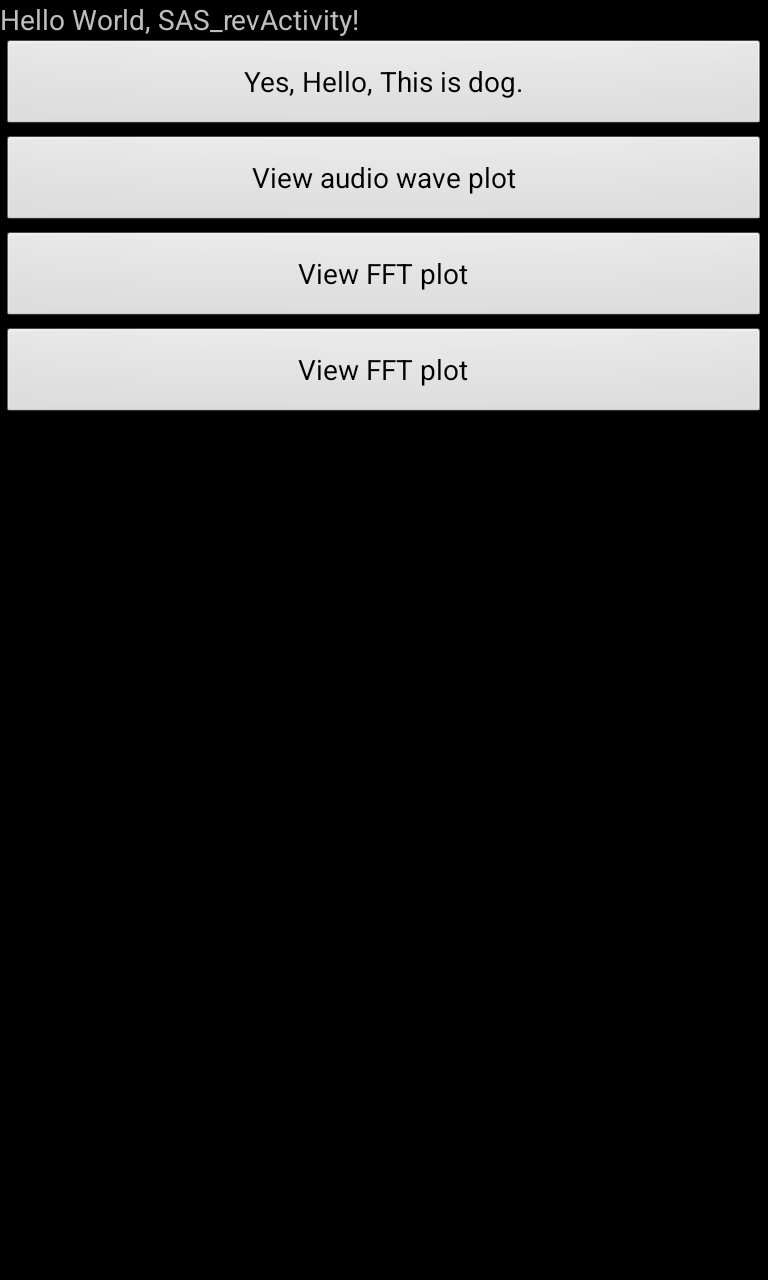
Repository: RaabsIn513/eclipse_workspace
Layout: SAS_rev/res/layout/main.xml
The author's editor kept a copy of each file at every save. The layout is drawn from the files as they stood at one save, then again after the next save.
It is drawn on a 768 x 1280 px phone screen (xhdpi) without system bars, with theme android:Theme; the app's code is not run.

Above is the layout before, as saved 2012-02-08 17:51:04.

After the next save:
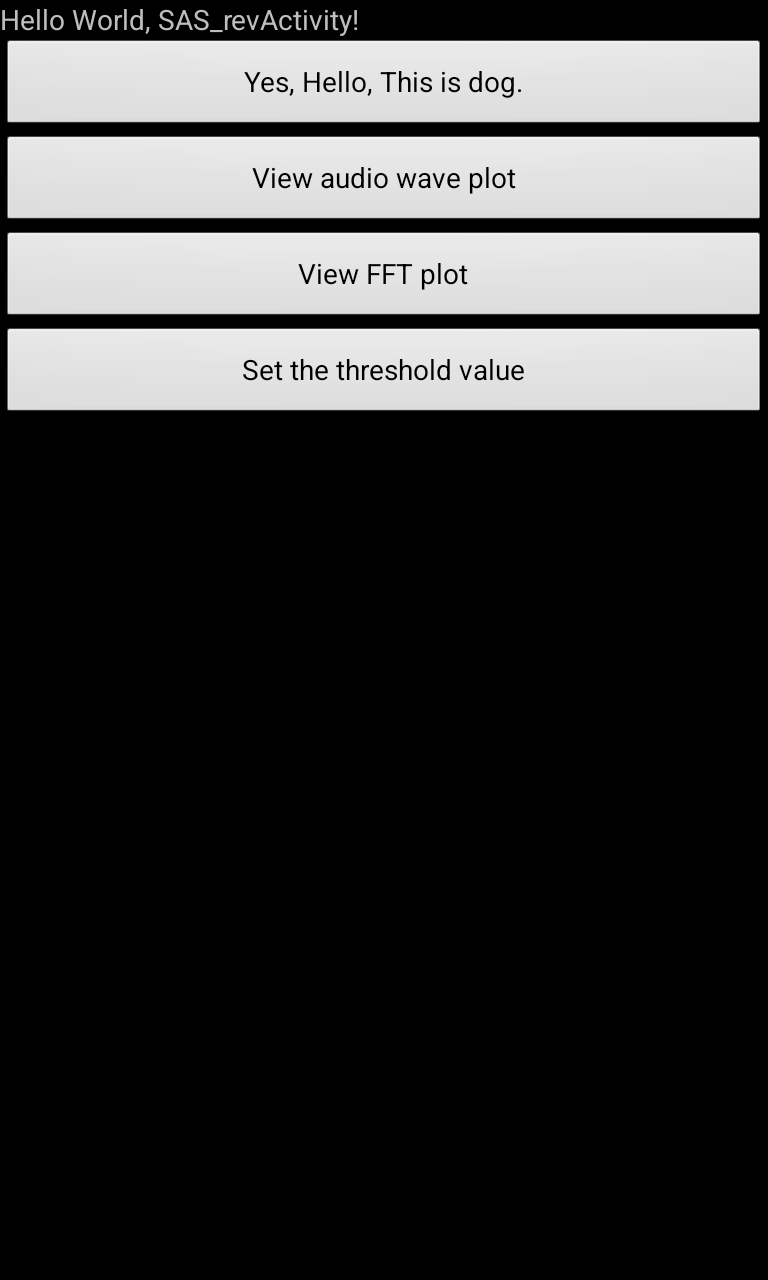
Saved 12 s later.
--- a/SAS_rev/res/layout/main.xml
+++ b/SAS_rev/res/layout/main.xml
@@ -31,7 +31,7 @@
         android:id="@+id/FFT_plot"
         android:layout_width="fill_parent"
         android:layout_height="wrap_content"
-        android:text="@string/viewFFT_btText" />
+        android:text="@string/setThresh_btText" />
 
 
 
